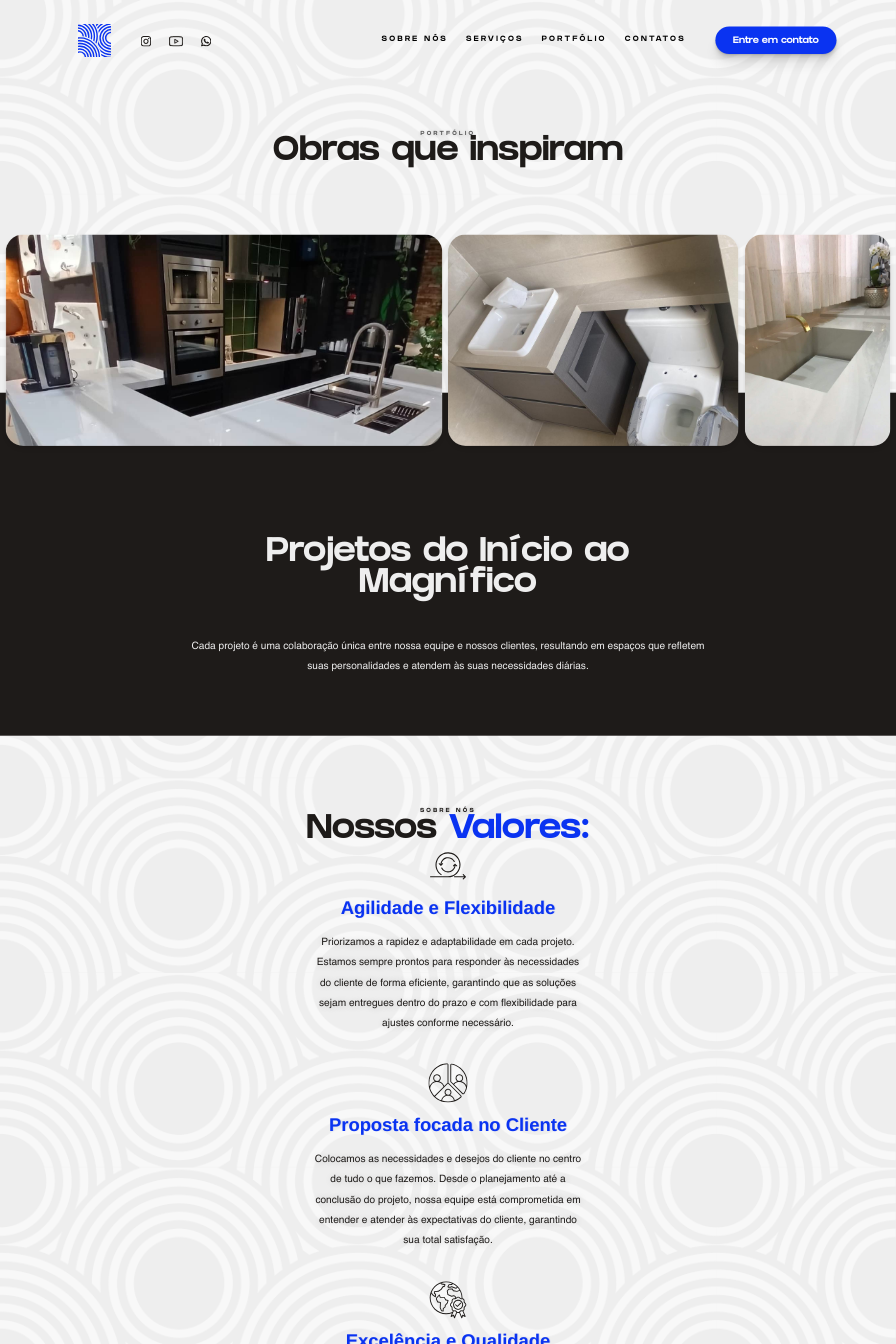
Repository: lucastdcs/ReforMar
Page: /portfolio
These files come from the project's save history. The page is drawn as it stood at one moment and after the next save; the edit follows.
The browser window is 1280 px wide. The pictures show the part of the page from y = 0 to 1920 px (the page is 6311 px tall before and 720 px after), at 70% of full size.
Backgrounds fixed to the window are drawn as part of the page. The project was rebuilt for these pictures with package versions that can differ from the ones it lists, and the page was loaded fresh each time. Also part of the build but not shown: vite.config.js, src/Components/EmailPopUp/EmailPopUp.styled.js, src/Components/EmailPopUp/EmailPopUp.jsx, src/Components/Card/Card.styled.js, src/Components/Card/Card.jsx, src/Components/ServicesCard/ServicesCard.styled.js, src/Components/ServicesCard/ServicesCard.jsx, src/Components/Badges/Badges.styled.js and 9 more.

Above is the page before, as saved 2024-10-11 12:49:02.

After the next save:
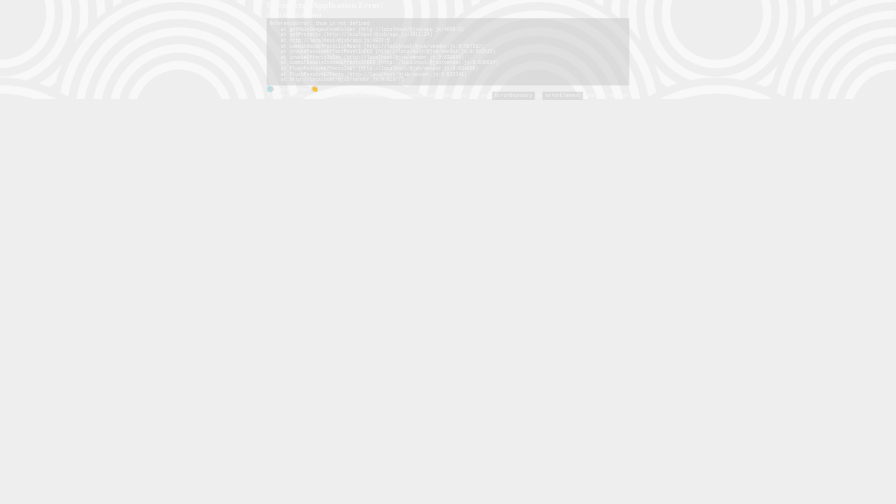
Console error: ReferenceError: thum is not defined
Saved 29 s later.
--- a/src/utils/getImagesfromFolder.js
+++ b/src/utils/getImagesfromFolder.js
@@ -16,6 +16,8 @@
 
   console.log("🚀 ~ getMainImagesFromFolder ~ thumbnail:", thumbnail)
 
+  if (thum)
+
   return {
     antes: beforeImageUrl,
     depois: afterImageUrl,

After the 2 saves that followed:
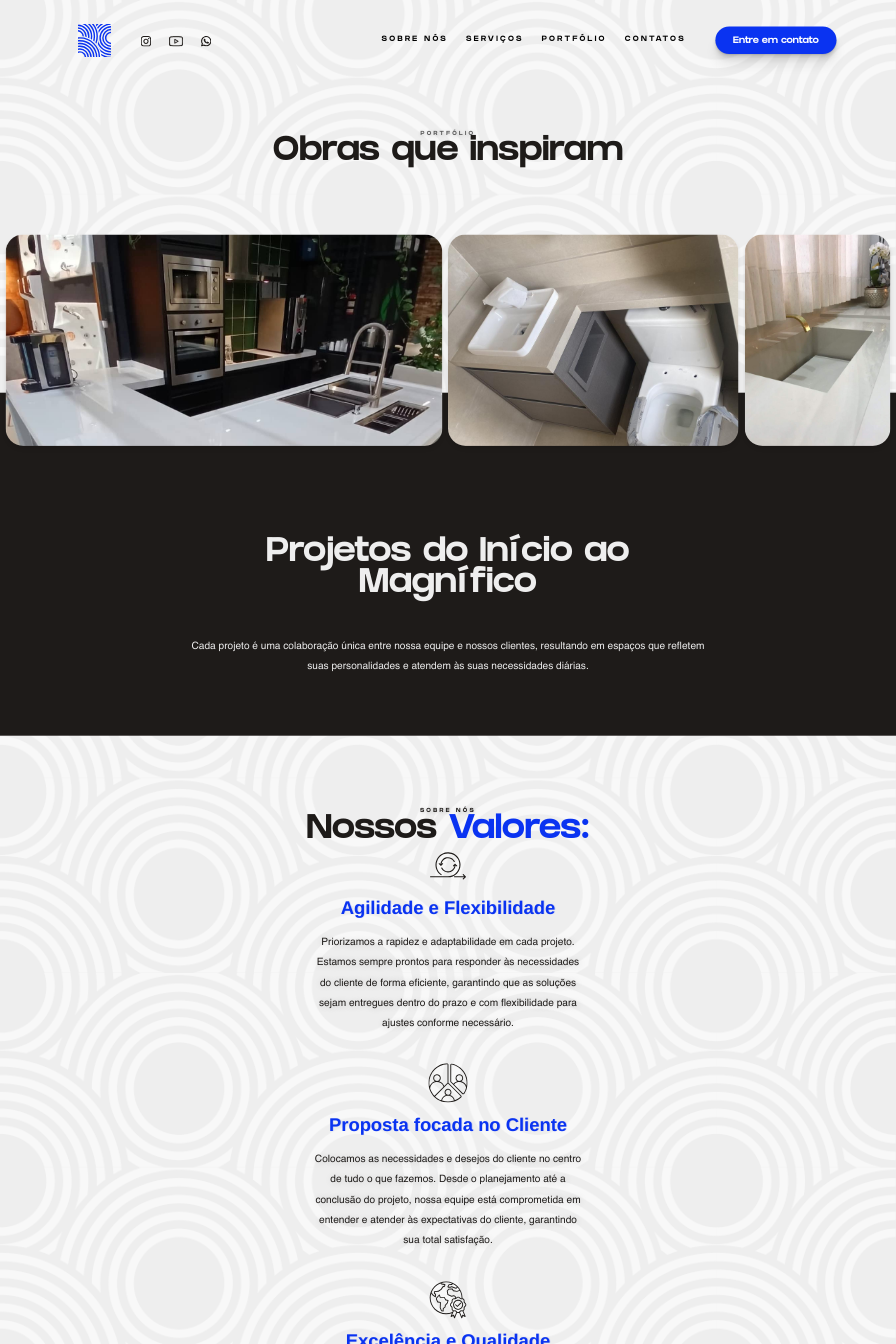
The error is gone.
The 2 saves are shown as one change because they came seconds apart.
The last was saved 7 s later.
--- a/src/utils/getImagesfromFolder.js
+++ b/src/utils/getImagesfromFolder.js
@@ -16,7 +16,7 @@
 
   console.log("🚀 ~ getMainImagesFromFolder ~ thumbnail:", thumbnail)
 
-  if (thum)
+  if (thumbnail === 'localhost:5173/src/utils/undefined')
 
   return {
     antes: beforeImageUrl,
